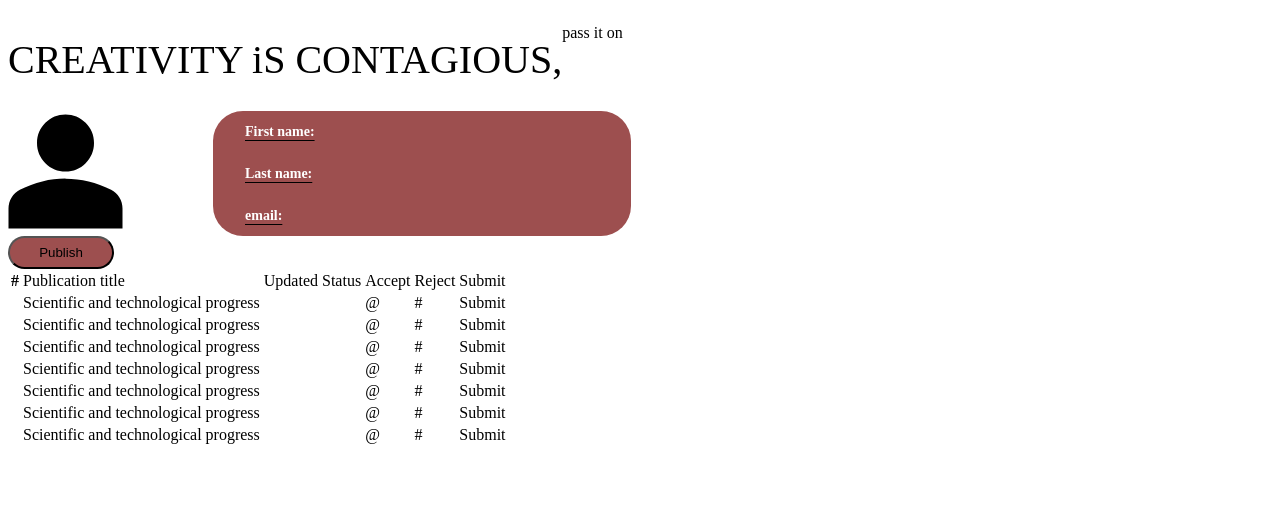
Repository: ceo-of-albeni/articles
Page: /
An editor plug-in stored every save of this project. The page is shown before and after the next save, followed by the edit.
The browser window is 1280 px wide. The pictures show the whole page.
The project was rebuilt for these pictures with package versions that can differ from the ones it lists, and the page was loaded fresh each time.

Above is the page before, as saved 2023-05-10 23:40:29.

After the next save:
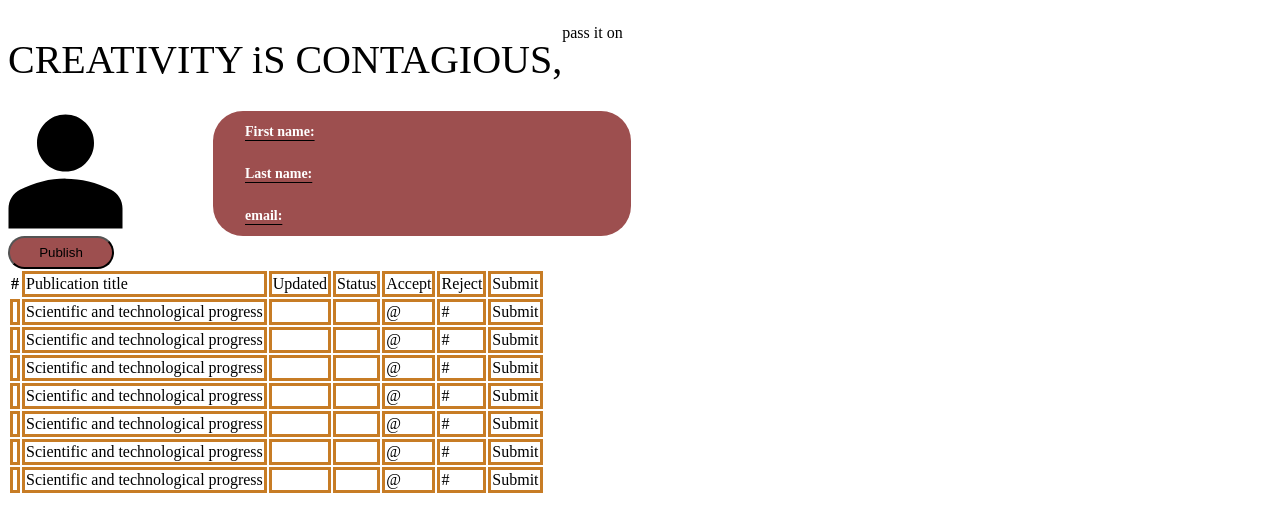
Saved 1 s later.
--- a/src/reviewer's profil/reviewer.css
+++ b/src/reviewer's profil/reviewer.css
@@ -58,4 +58,7 @@
   top: 457px;
   background: #9D4F4F;
   border-radius: 36.5px;
-}/*# sourceMappingURL=reviewer_20230510234029.css.map */
+}
+.reviewer_section .table table td {
+  border: 3px solid #C77C25;
+}/*# sourceMappingURL=reviewer_20230510234030.css.map */

After the 2 saves that followed:
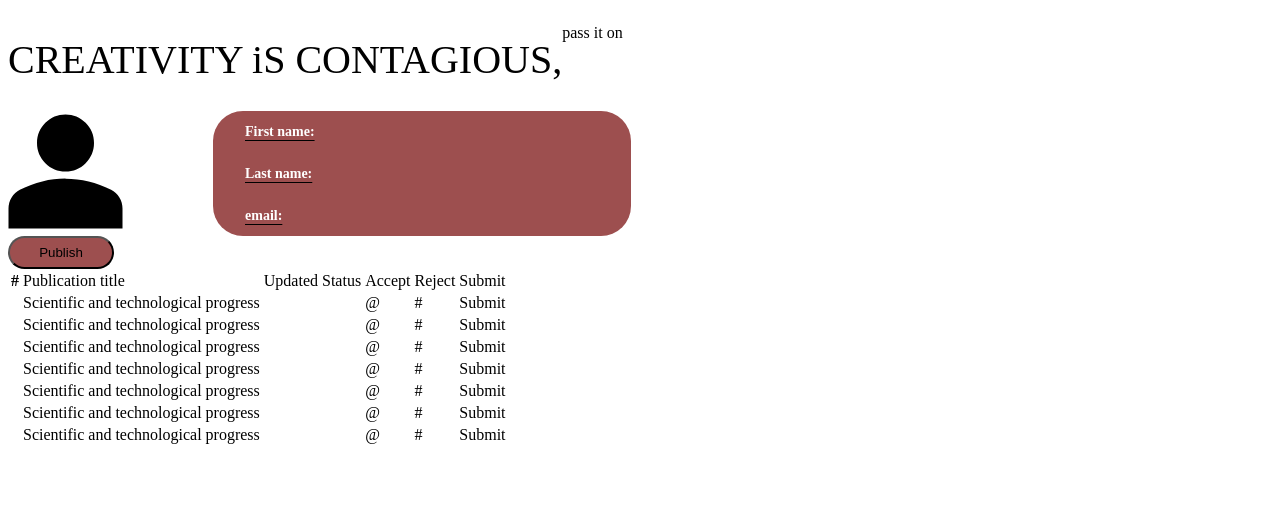
The 2 saves are shown as one change because 1 left the picture as it was.
The last was saved 13 s later.
--- a/src/reviewer's profil/reviewer.css
+++ b/src/reviewer's profil/reviewer.css
@@ -59,6 +59,6 @@
   background: #9D4F4F;
   border-radius: 36.5px;
 }
-.reviewer_section .table table td {
+.reviewer_section .table table td t {
   border: 3px solid #C77C25;
-}/*# sourceMappingURL=reviewer_20230510234030.css.map */
+}/*# sourceMappingURL=reviewer_20230510234043.css.map */
